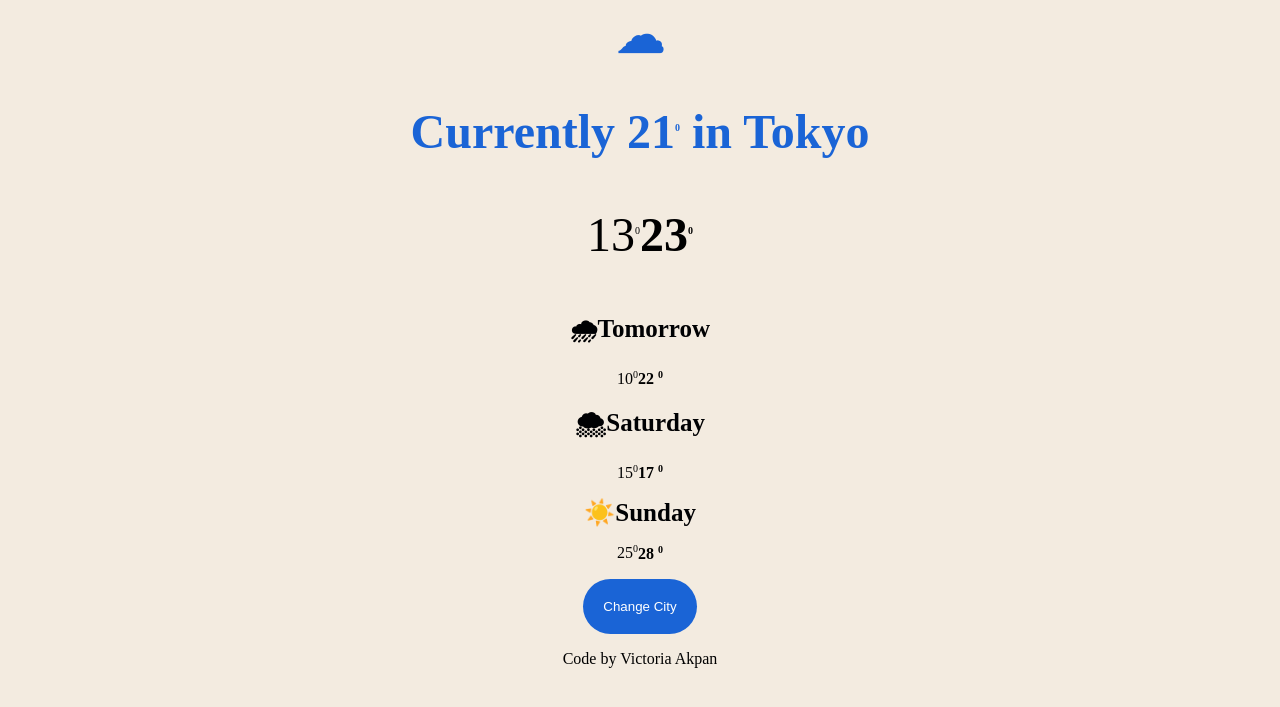
Repository: VickyJacob23/SheCode
Page: firstCode/weatherAppHomeWork.html
The author's editor kept a copy of each file at every save. The page is drawn from the files as they stood at one save, then again after the next save.
The browser window is 1280 px wide. The pictures show the whole page.

Above is the page before, as saved 2024-08-26 23:59:30.

After the next save:
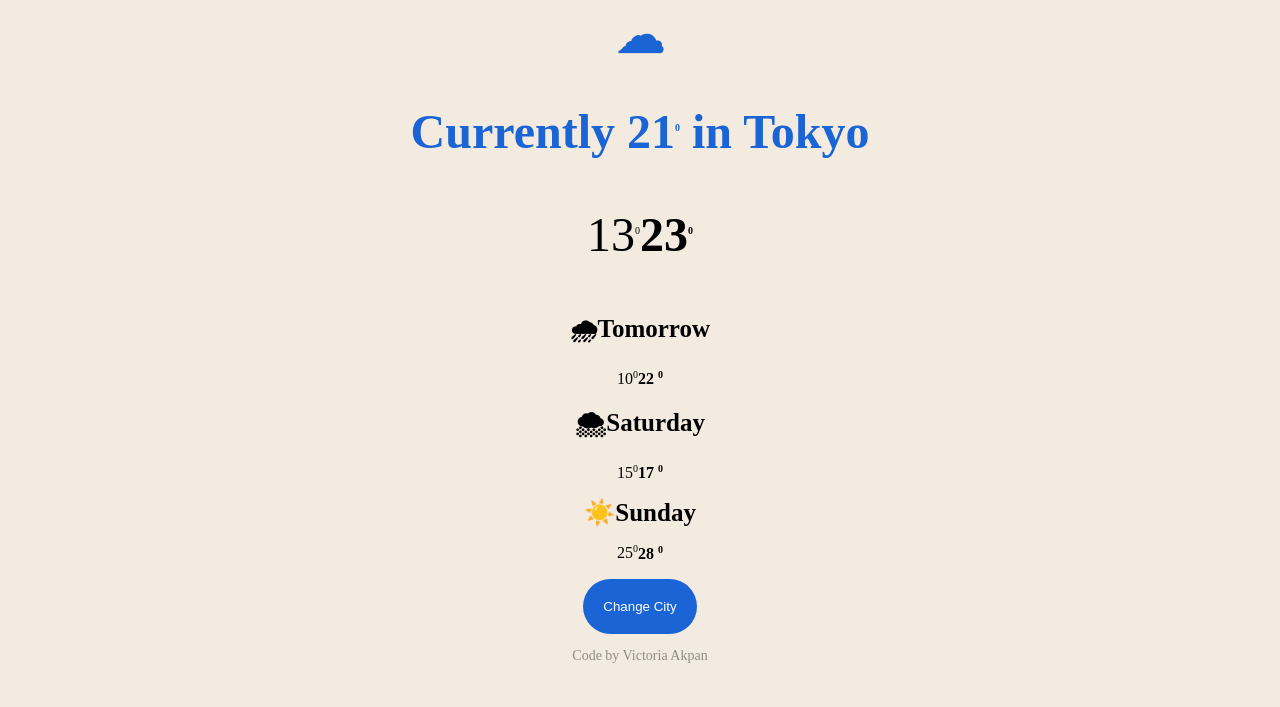
Saved 16 s later.
--- a/firstCode/weatherAppHomeWork.html
+++ b/firstCode/weatherAppHomeWork.html
@@ -55,6 +55,10 @@
         #bold{
             font-size: 3em;
         }
+        #author{
+            font-size: 14px;
+            color: #8f8c8c;
+        }
     </style>
 </head>
 <body>
